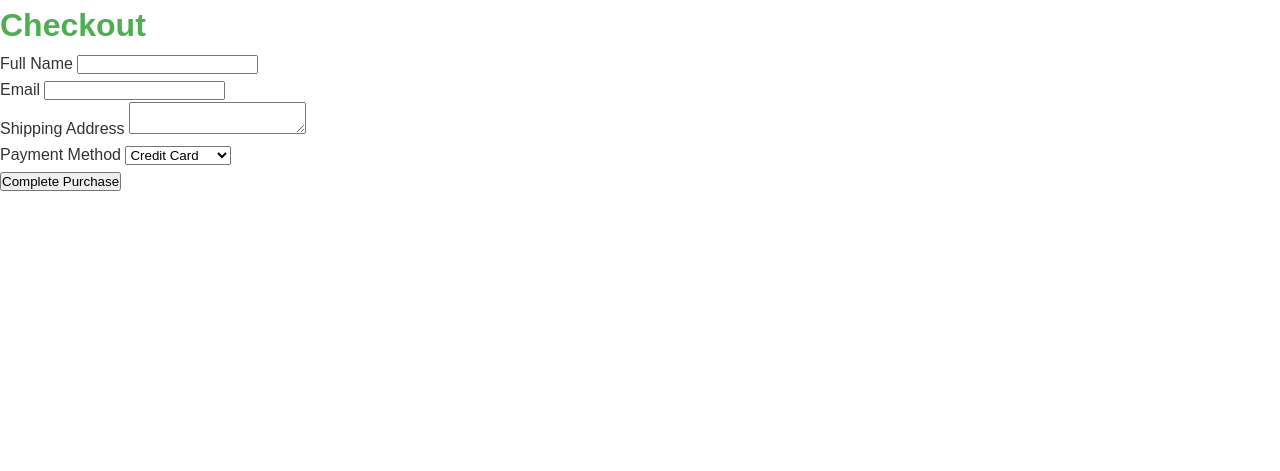
Repository: Rutuja-g/E-Cycle-Hub
Page: public/checkout.html
These files come from the project's save history. The page is drawn as it stood at one moment and after the next save; the edit follows.
The browser window is 1280 px wide. The pictures show the whole page.

Above is the page before, as saved 2025-10-23 17:21:24.
Console error: TypeError: Cannot set properties of null (setting 'innerHTML')

After the next save:
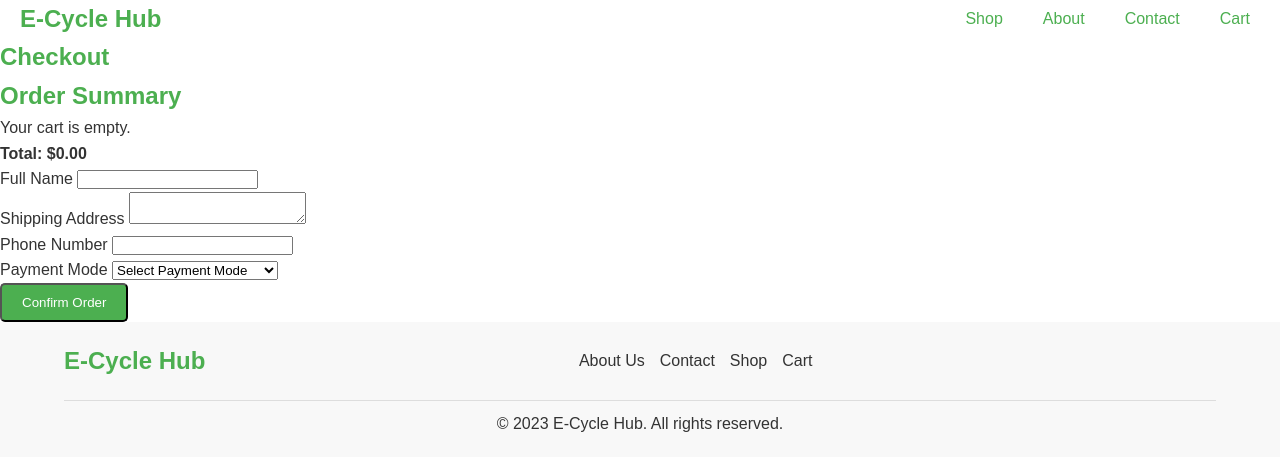
The error is gone.
Saved 119 s later.
--- a/public/checkout.html
+++ b/public/checkout.html
@@ -11,41 +11,96 @@
   </head>
   <body>
     <header>
-      <!-- Include header component here -->
+      <nav>
+        <div class="logo">
+          <a href="index.html">E-Cycle Hub</a>
+        </div>
+        <ul class="nav-links">
+          <li><a href="shop.html">Shop</a></li>
+          <li><a href="about.html">About</a></li>
+          <li><a href="contact.html">Contact</a></li>
+          <li><a href="cart.html">Cart</a></li>
+        </ul>
+      </nav>
     </header>
 
     <main>
-      <h1>Checkout</h1>
-      <form id="checkout-form">
-        <div class="form-group">
-          <label for="name">Full Name</label>
-          <input type="text" id="name" name="name" required />
+      <section class="checkout">
+        <h1>Checkout</h1>
+        <div class="order-summary">
+          <h2>Order Summary</h2>
+          <div id="order-items"></div>
+          <div class="total">
+            <strong>Total: $<span id="total-price">0.00</span></strong>
+          </div>
         </div>
-        <div class="form-group">
-          <label for="email">Email</label>
-          <input type="email" id="email" name="email" required />
+        <form id="checkout-form">
+          <div class="form-group">
+            <label for="name">Full Name</label>
+            <input type="text" id="name" name="name" required />
+            <span class="error" id="nameError"></span>
+          </div>
+          <div class="form-group">
+            <label for="address">Shipping Address</label>
+            <textarea id="address" name="address" required></textarea>
+            <span class="error" id="addressError"></span>
+          </div>
+          <div class="form-group">
+            <label for="phone">Phone Number</label>
+            <input type="tel" id="phone" name="phone" required />
+            <span class="error" id="phoneError"></span>
+          </div>
+          <div class="form-group">
+            <label for="payment">Payment Mode</label>
+            <select id="payment" name="payment" required>
+              <option value="">Select Payment Mode</option>
+              <option value="cod">Cash on Delivery (COD)</option>
+              <option value="card">Credit/Debit Card</option>
+            </select>
+            <span class="error" id="paymentError"></span>
+          </div>
+          <button type="submit" class="btn">Confirm Order</button>
+        </form>
+        <div id="success-message" class="success-message" style="display: none">
+          <p>Order placed successfully! Thank you for shopping with us.</p>
         </div>
-        <div class="form-group">
-          <label for="address">Shipping Address</label>
-          <textarea id="address" name="address" required></textarea>
-        </div>
-        <div class="form-group">
-          <label for="payment">Payment Method</label>
-          <select id="payment" name="payment" required>
-            <option value="credit-card">Credit Card</option>
-            <option value="paypal">PayPal</option>
-            <option value="bank-transfer">Bank Transfer</option>
-          </select>
-        </div>
-        <button type="submit">Complete Purchase</button>
-      </form>
+      </section>
     </main>
 
     <footer>
-      <!-- Include footer component here -->
+      <div class="footer">
+        <div class="container">
+          <div class="footer-content">
+            <div class="footer-logo">
+              <h2>E-Cycle Hub</h2>
+            </div>
+            <div class="footer-links">
+              <ul>
+                <li><a href="about.html">About Us</a></li>
+                <li><a href="contact.html">Contact</a></li>
+                <li><a href="shop.html">Shop</a></li>
+                <li><a href="cart.html">Cart</a></li>
+              </ul>
+            </div>
+            <div class="footer-social">
+              <a href="#" aria-label="Facebook"
+                ><i class="fab fa-facebook-f"></i
+              ></a>
+              <a href="#" aria-label="Twitter"
+                ><i class="fab fa-twitter"></i
+              ></a>
+              <a href="#" aria-label="Instagram"
+                ><i class="fab fa-instagram"></i
+              ></a>
+            </div>
+          </div>
+          <div class="footer-bottom">
+            <p>&copy; 2023 E-Cycle Hub. All rights reserved.</p>
+          </div>
+        </div>
+      </div>
     </footer>
 
-    <script src="js/main.js"></script>
-    <script src="js/cart.js"></script>
+    <script src="js/checkout.js"></script>
   </body>
 </html>
